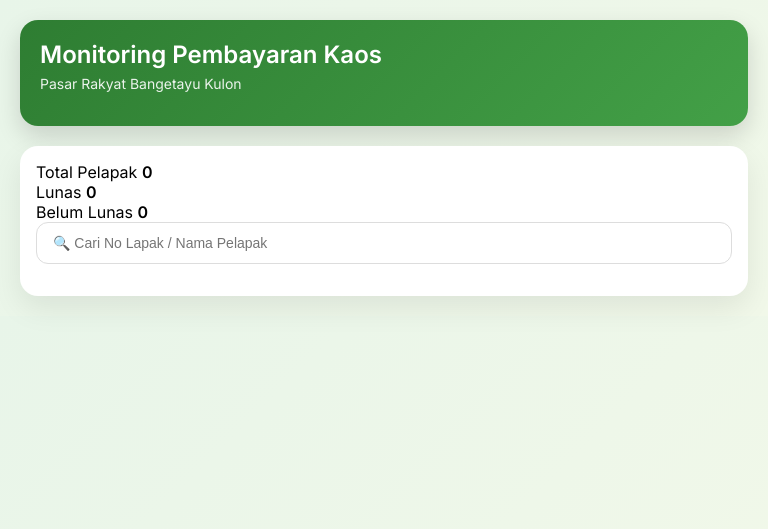
Repository: pasarrakyatbak/monitoringpembayarankaos
Page: index.html
The author's editor kept a copy of each file at every save. The page is drawn from the files as they stood at one save, then again after the next save.
The browser window is 768 px wide. The pictures show the whole page.
The page's requests for data from a server got no answer.

Above is the page before, as saved 2026-01-04 13:53:08.

### index.html
<!DOCTYPE html>
<html lang="id">

<head>
    <meta charset="UTF-8">
    <meta name="viewport" content="width=device-width, initial-scale=1.0">
    <title>Monitoring Pembayaran Kaos</title>

    <!-- FONT -->
    <link rel="preconnect" href="https://fonts.googleapis.com">
    <link rel="preconnect" href="https://fonts.gstatic.com" crossorigin>
    <link href="https://fonts.googleapis.com/css2?family=Inter:wght@400;500;600&display=swap" rel="stylesheet">

    <link rel="stylesheet" href="style.css">
</head>

<body>

    <div class="app">

        <!-- HEADER -->
        <header class="header">
            <h1>Monitoring Pembayaran Kaos</h1>
            <p>Pasar Rakyat Bangetayu Kulon</p>
        </header>

        <!-- CARD -->
        <div class="card">

            <!-- RINGKASAN -->
            <div class="summary" id="summary">
                <div class="summary-card total">
                    <span>Total Pelapak</span>
                    <strong id="totalPelapak">0</strong>
                </div>
                <div class="summary-card lunas">
                    <span>Lunas</span>
                    <strong id="totalLunas">0</strong>
                </div>
                <div class="summary-card belum">
                    <span>Belum Lunas</span>
                    <strong id="totalBelum">0</strong>
                </div>
            </div>

            <!-- TOOLBAR -->
            <div class="toolbar">
                <input type="text" id="searchInput" placeholder="🔍 Cari No Lapak / Nama Pelapak">
            </div>

            <!-- DESKTOP TABLE -->
            <div class="desktop-view">
                <table>
                    <thead>
                        <tr>
                            <th>No Lapak</th>
                            <th>Nama</th>
                            <th>Ukuran</th>
                            <th>A1</th>
                            <th>A2</th>
                            <th>A3</th>
                            <th>A4</th>
                            <th>Sisa</th>
                            <th>QRIS</th>
                            <th>Status</th>
                        </tr>
                    </thead>
                    <tbody id="tableBody"></tbody>
                </table>
            </div>

            <!-- MOBILE CARD -->
            <div class="mobile-view" id="cardContainer"></div>

        </div>

    </div>

    <script src="script.js"></script>
</body>

</html>

### style.css
* {
  box-sizing: border-box;
}

body {
  margin: 0;
  font-family: 'Inter', sans-serif;
  background: linear-gradient(135deg, #e8f5e9, #f1f8e9);
}

.app {
  max-width: 1400px;
  margin: auto;
  padding: 20px;
}

/* HEADER */
.header {
  background: linear-gradient(135deg, #2e7d32, #43a047);
  color: #fff;
  padding: 20px;
  border-radius: 18px;
  box-shadow: 0 10px 25px rgba(0, 0, 0, .15);
}

.header h1 {
  margin: 0;
  font-size: 24px;
}

.header p {
  margin-top: 6px;
  opacity: .9;
  font-size: 14px;
}

/* CARD */
.card {
  margin-top: 20px;
  background: #fff;
  border-radius: 18px;
  padding: 16px;
  box-shadow: 0 12px 30px rgba(0, 0, 0, .08);
}

/* TOOLBAR */
.toolbar input {
  width: 100%;
  padding: 12px 16px;
  border-radius: 12px;
  border: 1px solid #ddd;
  font-size: 14px;
}

.toolbar input:focus {
  outline: none;
  border-color: #2e7d32;
}

/* TABLE */
.desktop-view {
  overflow-x: auto;
}

table {
  width: 100%;
  border-collapse: collapse;
  margin-top: 14px;
  min-width: 1000px;
}

thead th {
  background: #f1f8e9;
  color: #1b5e20;
  padding: 12px;
  font-size: 13px;
  position: sticky;
  top: 0;
}

tbody td {
  padding: 12px;
  font-size: 13px;
  text-align: center;
  border-bottom: 1px solid #eee;
}

tbody tr:hover {
  background: #fafafa;
}

/* BADGE */
.badge {
  padding: 4px 10px;
  border-radius: 20px;
  font-size: 12px;
  font-weight: 600;
}

.badge-lunas {
  background: #e8f5e9;
  color: #2e7d32;
}

.badge-belum {
  background: #fff3e0;
  color: #ef6c00;
}

.badge-yes {
  background: #e3f2fd;
  color: #1565c0;
}

.badge-no {
  background: #fce4ec;
  color: #c2185b;
}

/* MOBILE CARD */
.mobile-view {
  display: none;
  margin-top: 16px;
  gap: 14px;
}

.pelapak-card {
  background: #fff;
  border-radius: 16px;
  padding: 14px;
  box-shadow: 0 8px 20px rgba(0, 0, 0, .08);
  border-left: 6px solid #2e7d32;
}

.pelapak-header {
  display: flex;
  justify-content: space-between;
  align-items: center;
}

.lapak {
  font-weight: 600;
  color: #1b5e20;
}

.nama {
  font-size: 13px;
  color: #555;
}

.pelapak-body {
  margin-top: 10px;
  display: grid;
  grid-template-columns: repeat(2, 1fr);
  gap: 8px;
}

.item {
  background: #f1f8e9;
  border-radius: 10px;
  padding: 8px;
  text-align: center;
  font-size: 12px;
}

.item span {
  display: block;
  font-size: 11px;
  color: #666;
}

/* RESPONSIVE */
@media (max-width: 768px) {

  .desktop-view {
    display: none;
  }

  .mobile-view {
    display: grid;
    grid-template-columns: 1fr;
    gap: 16px;
  }

  .pelapak-card {
    background: #ffffff;
    border-radius: 16px;
    padding: 14px;
    box-shadow: 0 8px 20px rgba(0, 0, 0, 0.08);
    border-left: 6px solid #2e7d32;
  }

  .pelapak-header {
    display: flex;
    justify-content: space-between;
    align-items: flex-start;
    margin-bottom: 10px;
  }

  .lapak {
    font-size: 16px;
    font-weight: 600;
    color: #1b5e20;
  }

  .nama {
    font-size: 14px;
    color: #555;
  }

  .pelapak-body {
    display: grid;
    grid-template-columns: repeat(2, 1fr);
    gap: 8px;
    font-size: 13px;
  }

  .item {
    background: #f1f8e9;
    padding: 8px;
    border-radius: 10px;
    text-align: center;
  }

  .item.full {
    grid-column: span 2;
  }

  .item span {
    display: block;
    font-size: 11px;
    color: #666;
  }

  .item strong {
    font-weight: 600;
    color: #2e7d32;
  }
}

### script.js
const API_URL = "https://script.google.com/macros/s/AKfycby4z2qZ24SrJkcyGpybH29lSUC_3_z1LG-7wSmTzpaOEXrwjXf0Cl3hqkg95qAxPj1-/exec";

let allData = [];

document.addEventListener('DOMContentLoaded', () => {
    const searchInput = document.getElementById('searchInput');
    const tableBody = document.getElementById('tableBody');
    const cardContainer = document.getElementById('cardContainer');

    // =============================
    // LOAD DATA
    // =============================
    async function loadData() {
        const res = await fetch(API_URL + "?action=list");
        const data = await res.json();
        allData = data;
        renderAll(data);
    }

    // =============================
    // RENDER TABLE + CARD
    // =============================
    function renderAll(data) {
        renderTable(data);
        renderCard(data);
    }

    // =============================
    // TABLE (DESKTOP)
    // =============================
    function renderTable(data) {
        tableBody.innerHTML = '';

        data.forEach((row, index) => {
            const statusText = row.lunas ? 'Lunas' : 'Belum';
            const statusBadge = row.lunas ? 'badge-lunas' : 'badge-belum';

            tableBody.innerHTML += `
        <tr>
          <td>${row.noLapak}</td>
          <td>${row.nama}</td>
          <td>${row.ukuran}</td>
          <td>${row.a1}</td>
          <td>${row.a2}</td>
          <td>${row.a3}</td>
          <td>${row.a4}</td>
          <td>Rp ${Number(row.total).toLocaleString('id-ID')}</td>
          <td>
            <input type="checkbox"
              ${row.qris ? 'checked' : ''}
              data-index="${index}">
          </td>
          <td>
            <span class="badge ${statusBadge}">${statusText}</span>
          </td>
        </tr>
      `;
        });
    }

    // =============================
    // CARD (MOBILE)
    // =============================
    function renderCard(data) {
        cardContainer.innerHTML = '';

        data.forEach((row, index) => {
            const statusText = row.lunas ? 'Lunas' : 'Belum';
            const statusBadge = row.lunas ? 'badge-lunas' : 'badge-belum';

            cardContainer.innerHTML += `
      <div class="pelapak-card">
        <div class="pelapak-header">
          <div>
            <div class="lapak">Lapak ${row.noLapak}</div>
            <div class="nama">${row.nama}</div>
          </div>
          <span class="badge ${statusBadge}">${statusText}</span>
        </div>

        <div class="pelapak-body">
          <div class="item">
            <span>Ukuran</span>
            <strong>${row.ukuran}</strong>
          </div>

          <div class="item">
            <span>QRIS</span>
            <input type="checkbox"
              ${row.qris ? 'checked' : ''}
              data-index="${index}">
          </div>

          <div class="item">
            <span>Angsuran 1</span>
            <strong>${row.a1}</strong>
          </div>

          <div class="item">
            <span>Angsuran 2</span>
            <strong>${row.a2}</strong>
          </div>

          <div class="item">
            <span>Angsuran 3</span>
            <strong>${row.a3}</strong>
          </div>

          <div class="item">
            <span>Angsuran 4</span>
            <strong>${row.a4}</strong>
          </div>

          <div class="item full">
            <span>Total Tagihan</span>
            <strong>Rp ${Number(row.total).toLocaleString('id-ID')}</strong>
          </div>
        </div>
      </div>
    `;
        });
    }


    // =============================
    // UPDATE QRIS (TABLE & CARD)
    // =============================
    document.body.addEventListener('change', async (e) => {
        if (e.target.type === 'checkbox' && e.target.dataset.index !== undefined) {
            const index = e.target.dataset.index;

            const formData = new FormData();
            formData.append("action", "updateQRIS");
            formData.append("index", index);
            formData.append("qris", e.target.checked ? "true" : "false");

            await fetch(API_URL, {
                method: "POST",
                body: formData
            });

            loadData();
        }
    });

    // =============================
    // SEARCH (REALTIME)
    // =============================
    searchInput.addEventListener('keyup', () => {
        const keyword = searchInput.value.toLowerCase();

        const filtered = allData.filter(item =>
            item.noLapak.toString().toLowerCase().includes(keyword) ||
            item.nama.toLowerCase().includes(keyword)
        );

        renderAll(filtered);
    });

    loadData();
});

After the next save:
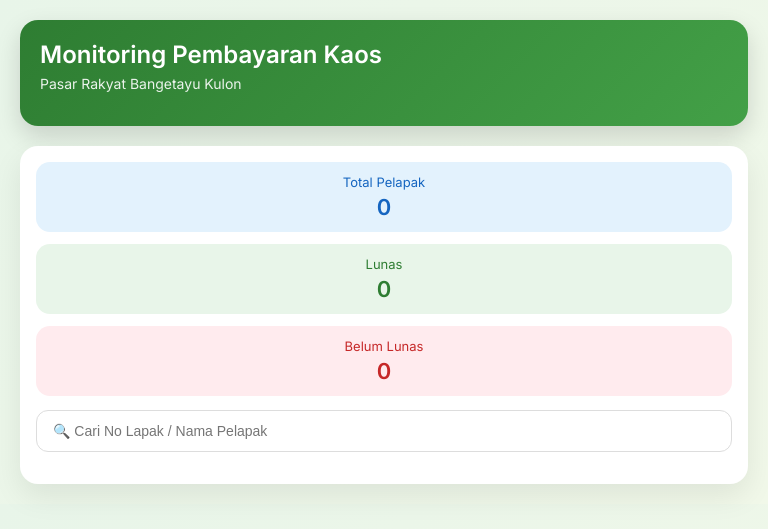
Saved 39 s later.
--- a/style.css
+++ b/style.css
@@ -14,7 +14,7 @@ body {
   padding: 20px;
 }
 
-/* HEADER */
+/* ================= HEADER ================= */
 .header {
   background: linear-gradient(135deg, #2e7d32, #43a047);
   color: #fff;
@@ -34,7 +34,7 @@ body {
   font-size: 14px;
 }
 
-/* CARD */
+/* ================= CARD ================= */
 .card {
   margin-top: 20px;
   background: #fff;
@@ -43,7 +43,44 @@ body {
   box-shadow: 0 12px 30px rgba(0, 0, 0, .08);
 }
 
-/* TOOLBAR */
+/* ================= SUMMARY ================= */
+.summary {
+  display: grid;
+  grid-template-columns: repeat(3, 1fr);
+  gap: 12px;
+  margin-bottom: 14px;
+}
+
+.summary-card {
+  background: #f5f5f5;
+  border-radius: 14px;
+  padding: 12px;
+  text-align: center;
+  font-size: 13px;
+}
+
+.summary-card strong {
+  display: block;
+  font-size: 22px;
+  margin-top: 4px;
+}
+
+.summary-card.total {
+  background: #e3f2fd;
+  color: #1565c0;
+}
+
+.summary-card.lunas {
+  background: #e8f5e9;
+  color: #2e7d32;
+}
+
+.summary-card.belum {
+  background: #ffebee;
+  color: #c62828;
+}
+
+/* ================= TOOLBAR ================= */
 .toolbar input {
   width: 100%;
   padding: 12px 16px;
@@ -57,7 +94,7 @@ body {
   border-color: #2e7d32;
 }
 
-/* TABLE */
+/* ================= TABLE ================= */
 .desktop-view {
   overflow-x: auto;
 }
@@ -89,7 +126,16 @@ tbody tr:hover {
   background: #fafafa;
 }
 
-/* BADGE */
+/* 🔴 AUTO MERAH BELUM LUNAS */
+tr.belum-lunas {
+  background: #ffebee !important;
+}
+
+tr.belum-lunas:hover {
+  background: #ffcdd2 !important;
+}
+
+/* ================= BADGE ================= */
 .badge {
   padding: 4px 10px;
   border-radius: 20px;
@@ -117,7 +163,7 @@ tbody tr:hover {
   color: #c2185b;
 }
 
-/* MOBILE CARD */
+/* ================= MOBILE CARD ================= */
 .mobile-view {
   display: none;
   margin-top: 16px;
@@ -132,6 +178,12 @@ tbody tr:hover {
   border-left: 6px solid #2e7d32;
 }
 
+/* 🔴 CARD MERAH BELUM LUNAS */
+.pelapak-card.belum-lunas {
+  border-left-color: #c62828;
+  background: #fff5f5;
+}
+
 .pelapak-header {
   display: flex;
   justify-content: space-between;
@@ -169,7 +221,7 @@ tbody tr:hover {
   color: #666;
 }
 
-/* RESPONSIVE */
+/* ================= RESPONSIVE ================= */
 @media (max-width: 768px) {
 
   .desktop-view {
@@ -182,54 +234,24 @@ tbody tr:hover {
     gap: 16px;
   }
 
-  .pelapak-card {
-    background: #ffffff;
-    border-radius: 16px;
-    padding: 14px;
-    box-shadow: 0 8px 20px rgba(0, 0, 0, 0.08);
-    border-left: 6px solid #2e7d32;
-  }
-
-  .pelapak-header {
-    display: flex;
-    justify-content: space-between;
-    align-items: flex-start;
-    margin-bottom: 10px;
+  .summary {
+    grid-template-columns: 1fr;
   }
 
   .lapak {
     font-size: 16px;
-    font-weight: 600;
-    color: #1b5e20;
   }
 
   .nama {
     font-size: 14px;
-    color: #555;
   }
 
   .pelapak-body {
-    display: grid;
-    grid-template-columns: repeat(2, 1fr);
-    gap: 8px;
     font-size: 13px;
-  }
-
-  .item {
-    background: #f1f8e9;
-    padding: 8px;
-    border-radius: 10px;
-    text-align: center;
   }
 
   .item.full {
     grid-column: span 2;
-  }
-
-  .item span {
-    display: block;
-    font-size: 11px;
-    color: #666;
   }
 
   .item strong {
